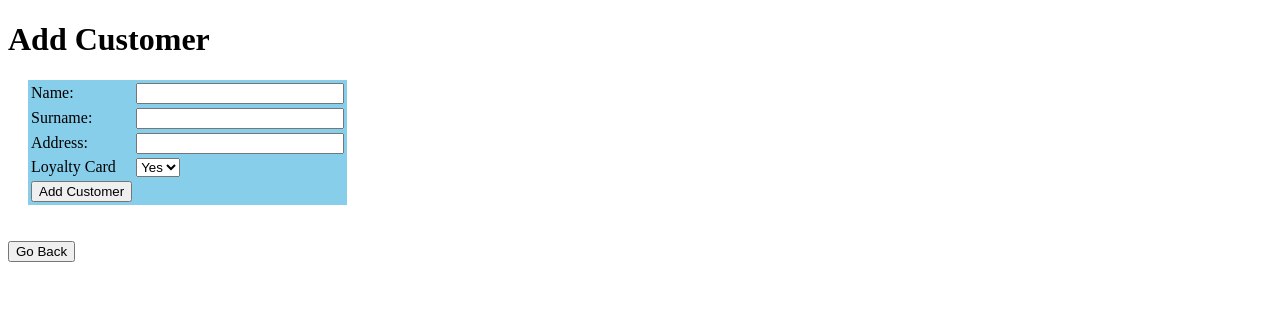
Repository: ieuqirne/Software_Architecture
Page: DE_Store/WebContent/addCustomer.html
These files come from the project's save history. The page is drawn as it stood at one moment and after the next save; the edit follows.
The browser window is 1280 px wide. The pictures show the whole page.

Above is the page before, as saved 2019-11-24 19:01:06.

### DE_Store/WebContent/addCustomer.html

<!DOCTYPE html>
<html>
<head>
<script>
	function goBack() {
		window.history.back()
	}
</script>
<meta charset="ISO-8859-1">
<title>Add Customer</title>
</head>
<body>
	<h1>Add Customer</h1>
	<form action=ManagerAddCustomer.jsp method="post">
		<table
			style="background-color: skyblue; margin-left: 20px; margin-left: 20px;">
			<tr>
				<td>Name:</td>
				<td><input type="text" name="name" style="width: 200px"></td>
			</tr>
			<tr>
				<td>Surname:</td>
				<td><input type="text" name="surname" style="width: 200px"></td>
			</tr>
			<tr>
				<td>Address:</td>
				<td><input type="text" name="address" style="width: 200px"></td>
			</tr>
			<tr>
				<td>Loyalty Card</td>
				<td><select name="loyalty">
						<option value="Yes">Yes</option>
						<option value="No">No</option>
				</select></td>
			</tr>
			<tr>
				<td><input type="submit" value="Add Customer"></td>
			</tr>
		</table>
	</form>
	<div class="buttons-container">
		<br> <br>
		<button onclick="goBack()">Go Back</button>
	</div>
	<!--  Complete Interface addCustomer. -->
</body>
</html>

After the next save:
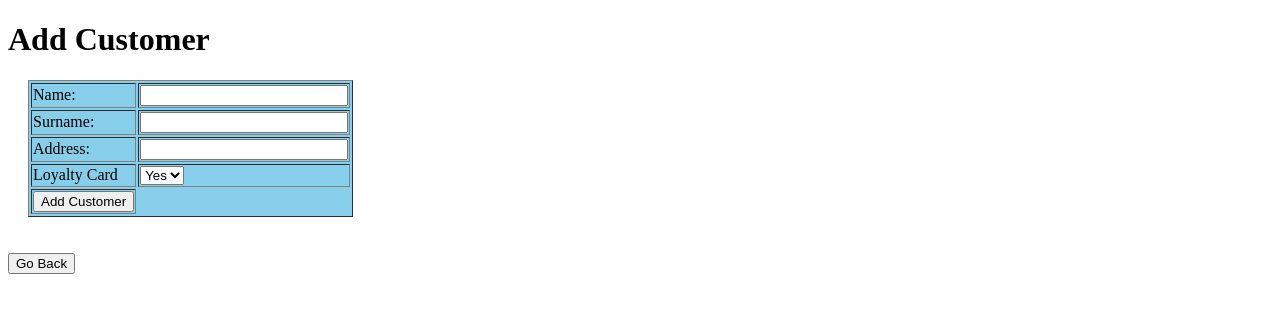
Saved 62 s later.
--- a/DE_Store/WebContent/addCustomer.html
+++ b/DE_Store/WebContent/addCustomer.html
@@ -13,7 +13,7 @@
 <body>
 	<h1>Add Customer</h1>
 	<form action=ManagerAddCustomer.jsp method="post">
-		<table
+		<table border = 1
 			style="background-color: skyblue; margin-left: 20px; margin-left: 20px;">
 			<tr>
 				<td>Name:</td>
